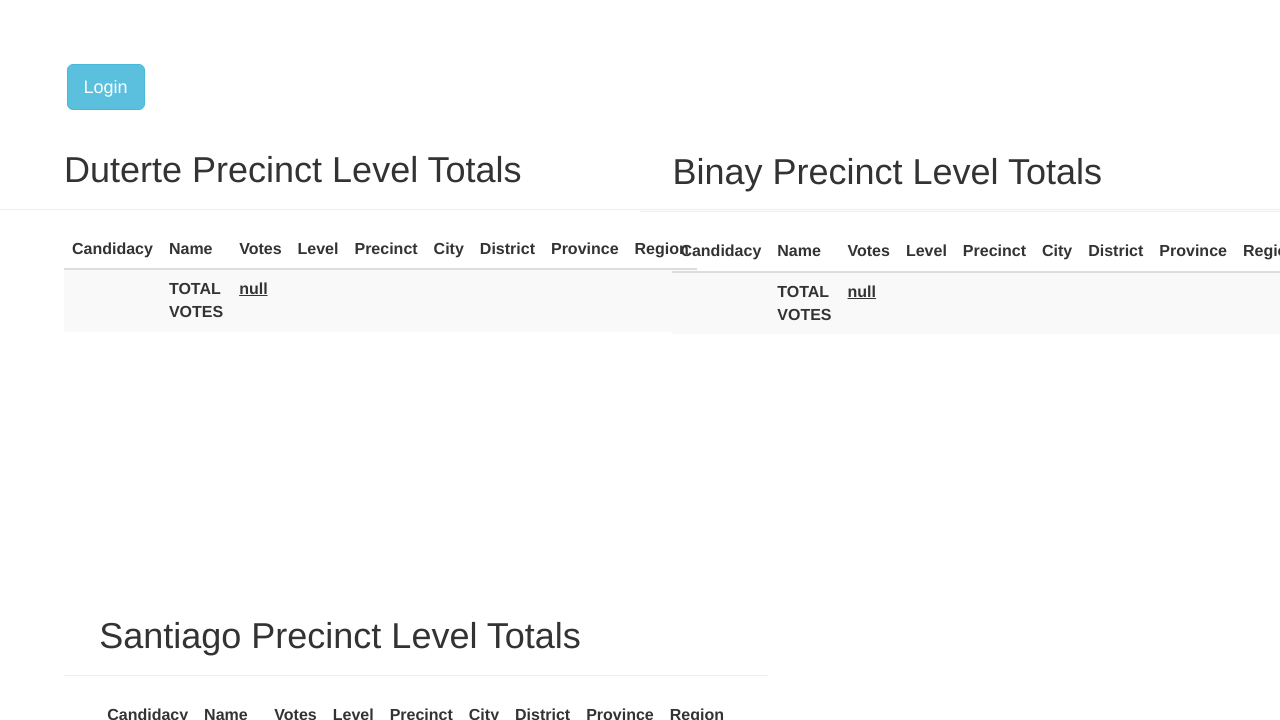
Repository: acbalutan/softdev-cencas-team_apink
Page: http://localhost/AES/
The author's editor kept a copy of each file at every save. The page is drawn from the files as they stood at one save, then again after the next save.
The browser window is 1280 px wide. The pictures show the whole page.
The page is served by Tomcat 9. Queries for data that is not in the repository find no rows.

Above is the page before, as saved 2016-02-26 11:10:24.
Console error (its wording comes from the project's code and is left out).

After the next save:
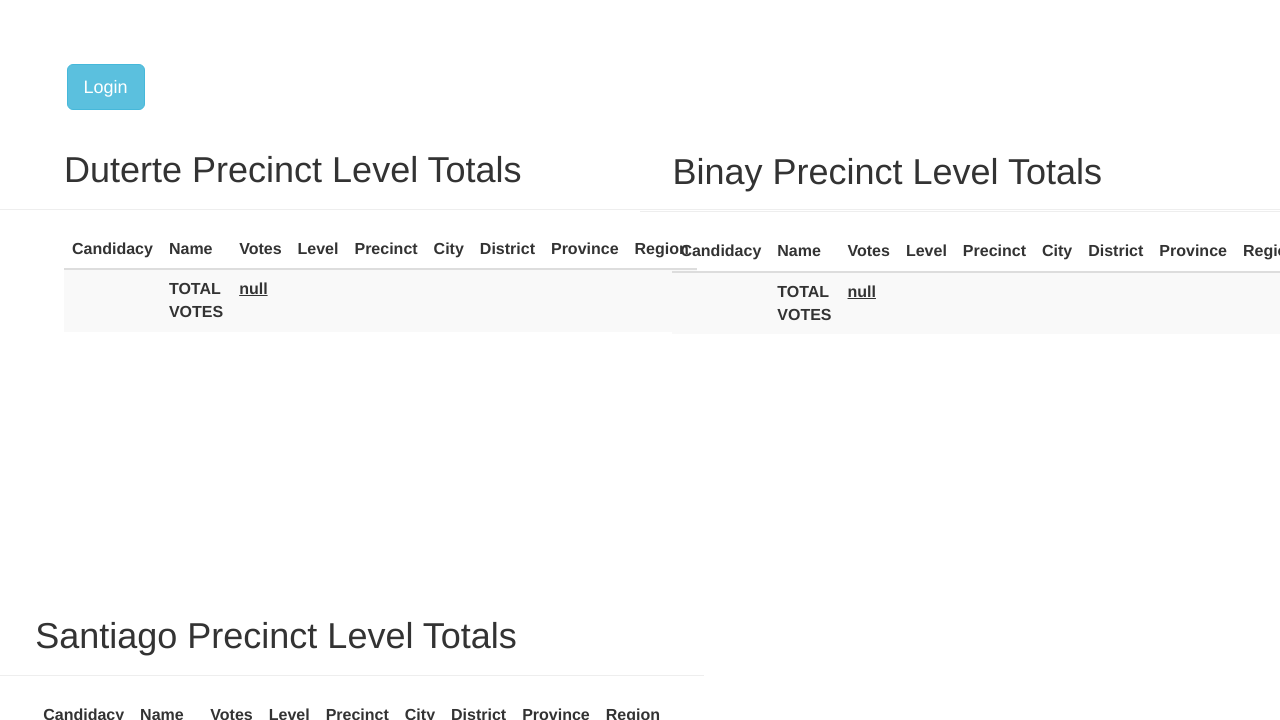
Saved 22 s later.
--- a/workspace/AES/WebContent/index.jsp
+++ b/workspace/AES/WebContent/index.jsp
@@ -138,7 +138,7 @@
 	</div>
 </div>
 
-<div style="position: absolute; top: 80%; left: 5%;">
+<div style="position: absolute; top: 80%; left: 0%;">
 	<div class="page-header" style="padding-left: 5%;">
 		<h1>Santiago Precinct Level Totals</h1>
 	</div>

After the save that followed:
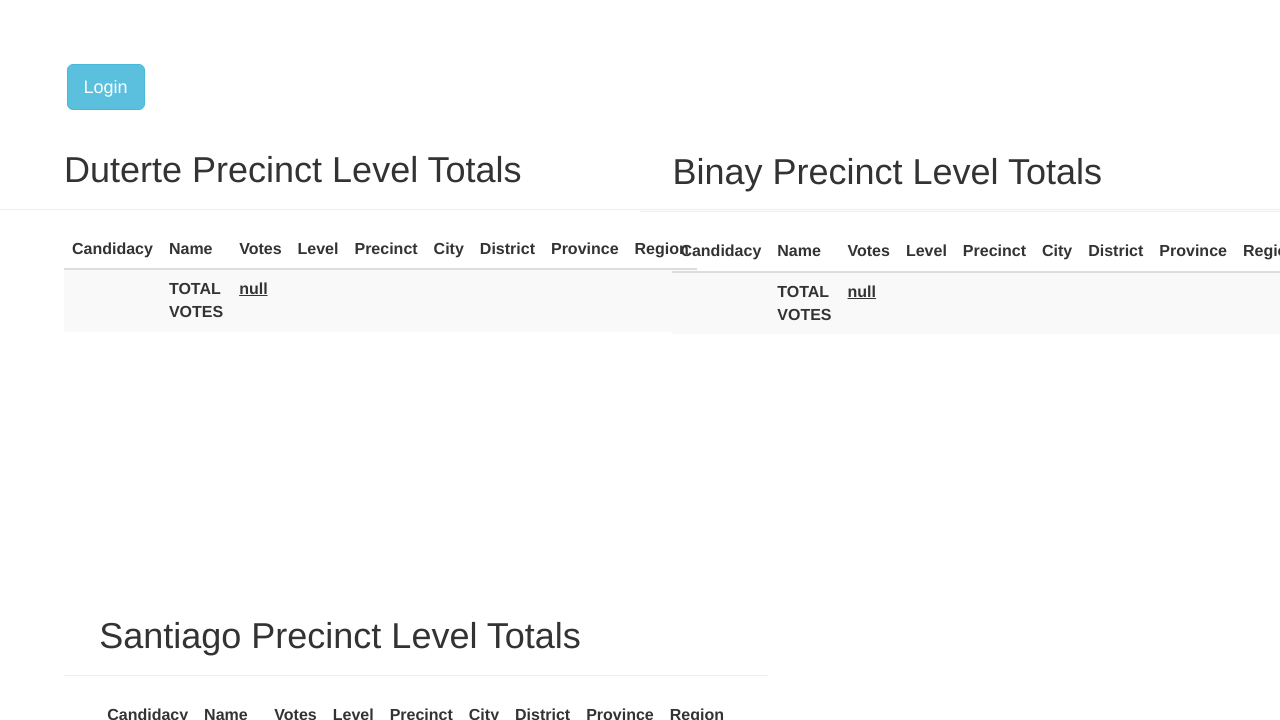
Saved 25 s later.
--- a/workspace/AES/WebContent/index.jsp
+++ b/workspace/AES/WebContent/index.jsp
@@ -138,7 +138,7 @@
 	</div>
 </div>
 
-<div style="position: absolute; top: 80%; left: 0%;">
+<div style="position: absolute; top: 80%; left: 5%;">
 	<div class="page-header" style="padding-left: 5%;">
 		<h1>Santiago Precinct Level Totals</h1>
 	</div>
